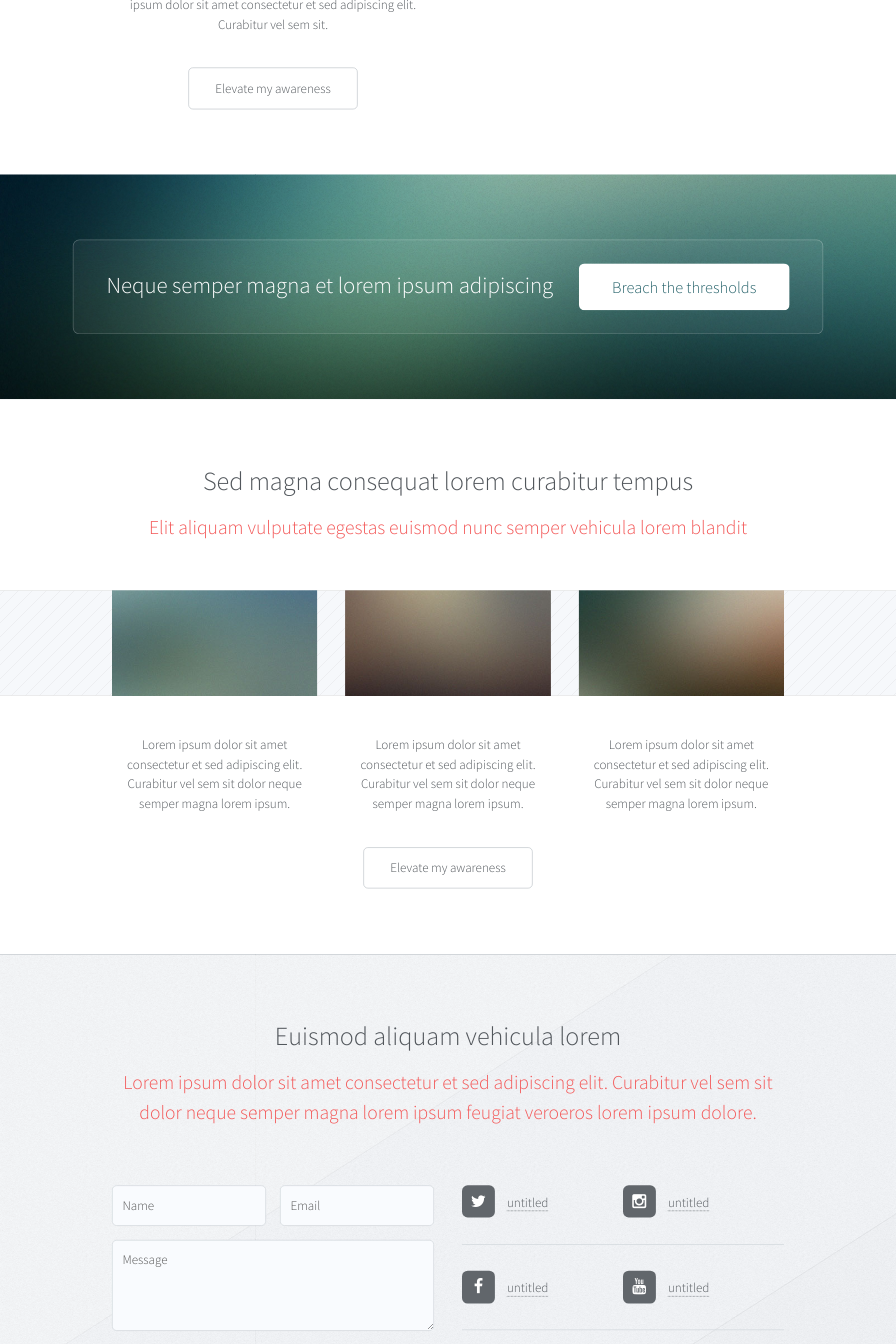
Repository: FranCodeCafe/francodecafe.github.io
Page: index.html
The author's editor kept a copy of each file at every save. The page is drawn from the files as they stood at one save, then again after the next save.
The browser window is 1280 px wide. The pictures show the part of the page from y = 845 to 2765 px (the page is 3195 px tall before and 2081 px after), at 70% of full size.

Above is the page before, as saved 2020-01-22 14:09:21.

After the next save:
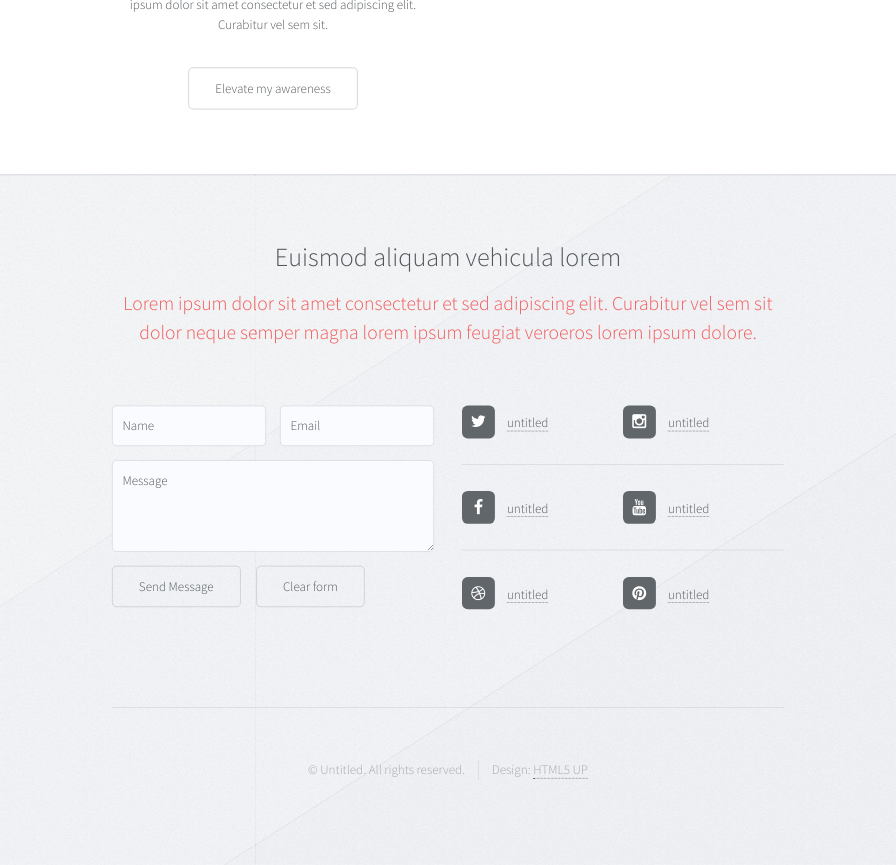
Saved 21 s later.
--- a/index.html
+++ b/index.html
@@ -116,15 +116,15 @@
 			</div>
 
 		<!-- Promo -->
-			<div id="promo-wrapper">
+			<!-- <div id="promo-wrapper">
 				<section id="promo">
 					<h2>Neque semper magna et lorem ipsum adipiscing</h2>
 					<a href="#" class="button">Breach the thresholds</a>
 				</section>
-			</div>
+			</div> -->
 
 		<!-- Features 2 -->
-			<div class="wrapper">
+			<!-- <div class="wrapper">
 				<section class="container">
 					<header class="major">
 						<h2>Sed magna consequat lorem curabitur tempus</h2>
@@ -158,7 +158,7 @@
 					</ul>
 				</section>
 			</div>
-
+ -->
 		<!-- Footer -->
 			<div id="footer-wrapper">
 				<div id="footer" class="container">
